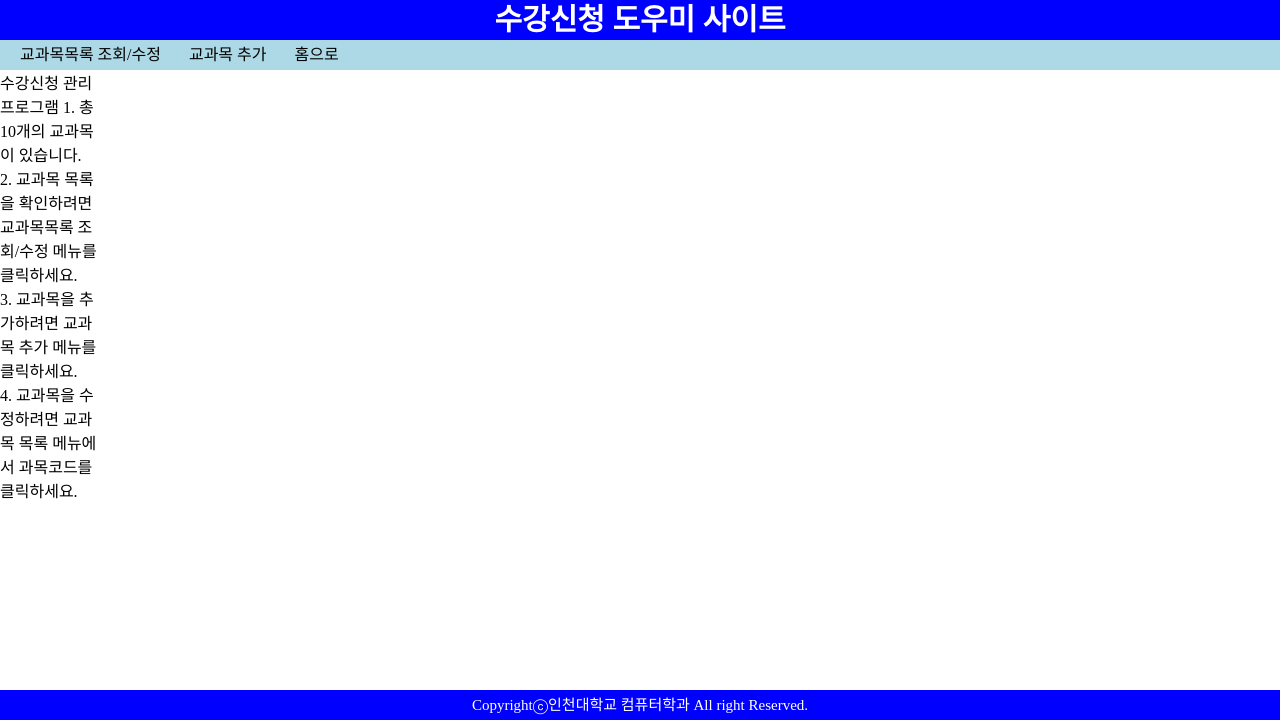
Repository: leesuyeon116/HRD_2
Page: http://localhost/HRD_0419/
The author's editor kept a copy of each file at every save. The page is drawn from the files as they stood at one save, then again after the next save.
The browser window is 1280 px wide. The pictures show the whole page.
The page is served by Tomcat 9.

Above is the page before, as saved 2024-04-19 04:35:36.

After the next save:
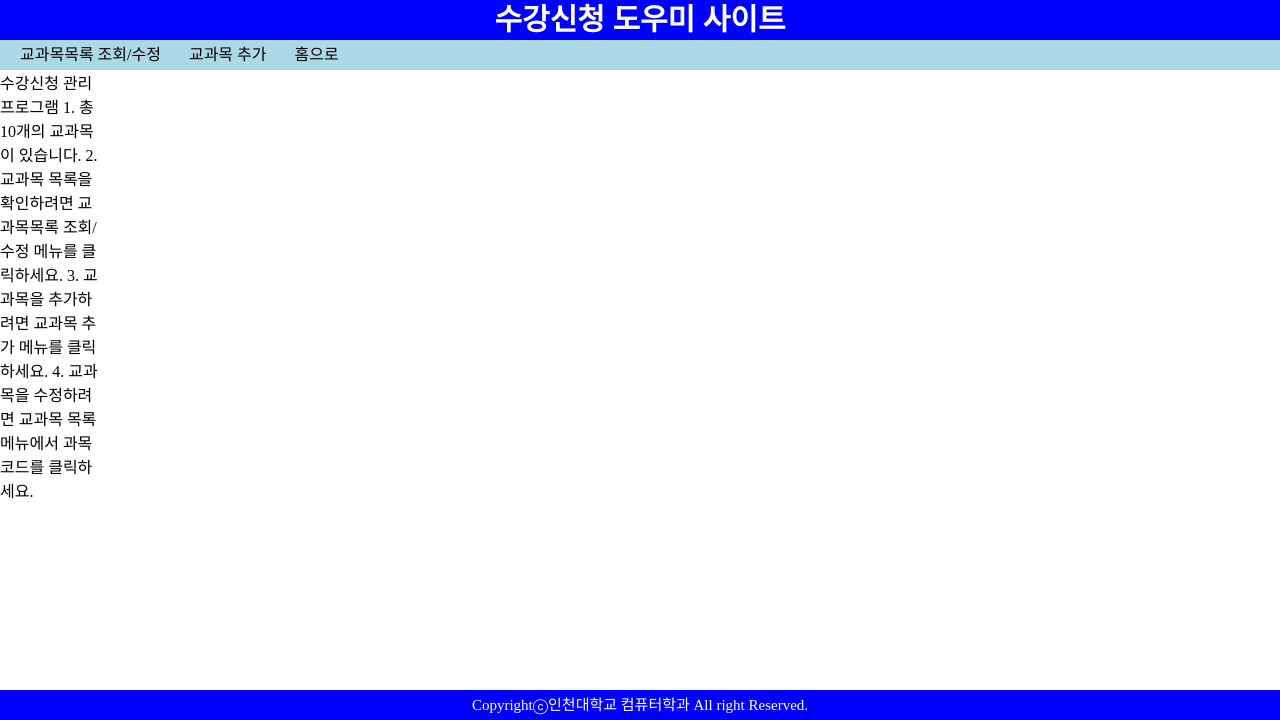
Saved 24 s later.
--- a/HRD_0419/src/main/webapp/index.jsp
+++ b/HRD_0419/src/main/webapp/index.jsp
@@ -11,10 +11,10 @@
 
 		<section style="position: fixed; top: 70px; left:0px; width: 100px; height: 100%; background-color:  ">
 		수강신청 관리 프로그램
-		1. 총 10개의 교과목이 있습니다.<br>
-		2. 교과목 목록을 확인하려면 교과목목록 조회/수정 메뉴를 클릭하세요.<br>
-		3. 교과목을 추가하려면 교과목 추가 메뉴를 클릭하세요.<br>
-		4. 교과목을 수정하려면 교과목 목록 메뉴에서 과목코드를 클릭하세요.<br>
+		1. 총 10개의 교과목이 있습니다.
+		2. 교과목 목록을 확인하려면 교과목목록 조회/수정 메뉴를 클릭하세요.
+		3. 교과목을 추가하려면 교과목 추가 메뉴를 클릭하세요.
+		4. 교과목을 수정하려면 교과목 목록 메뉴에서 과목코드를 클릭하세요.
 
 
 		</section>
